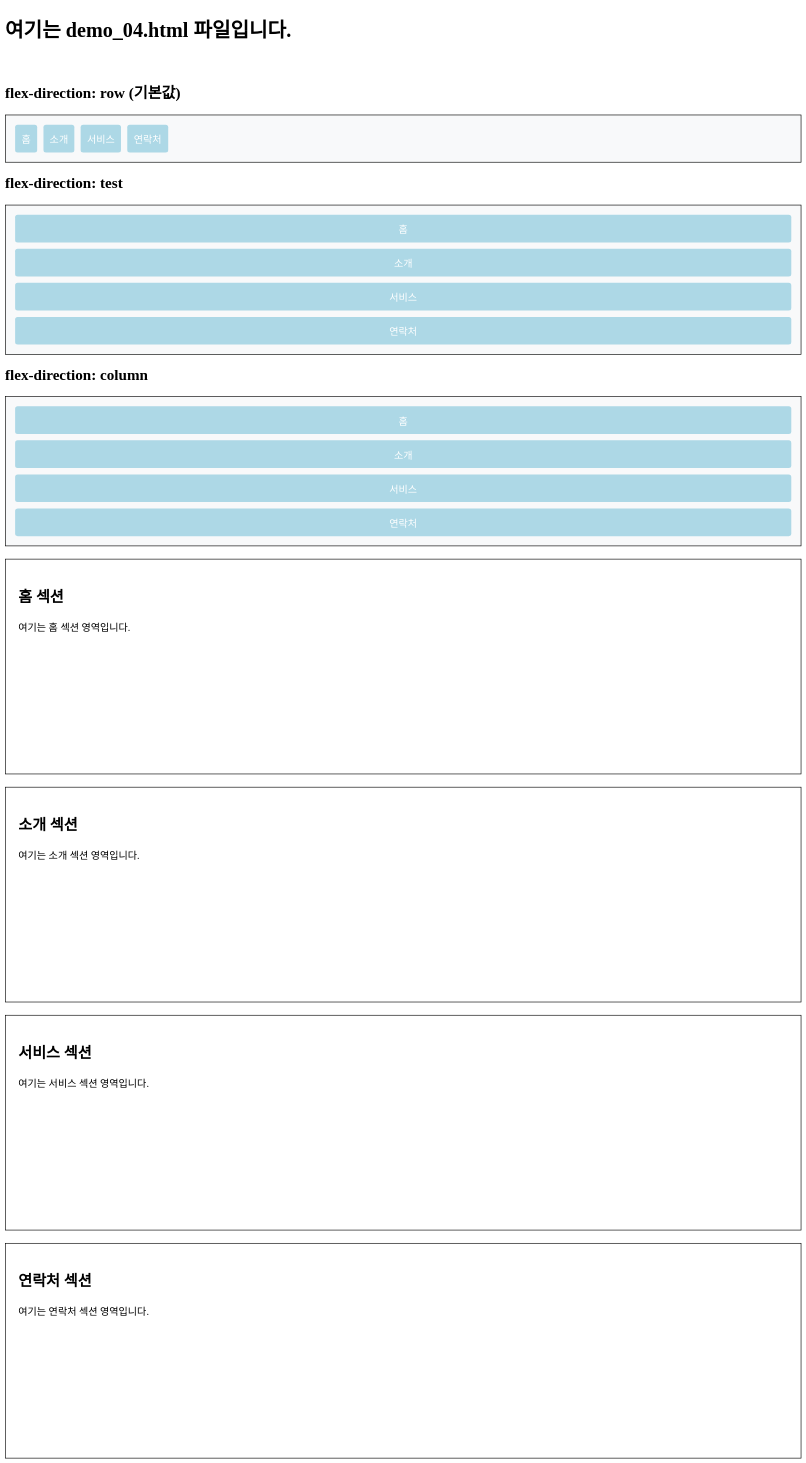
Repository: kimmingyeong225/totalJSP
Page: class_flexbox_011/src/main/webapp/demo_04.html
The author's editor kept a copy of each file at every save. The page is drawn from the files as they stood at one save, then again after the next save.
The browser window is 1280 px wide. The pictures show the whole page, at 63% of full size.

Above is the page before, as saved 2024-07-01 01:38:39.

### class_flexbox_011/src/main/webapp/demo_04.html
<!DOCTYPE html>
<html>
<head>
<meta charset="UTF-8">
<title>인라인 블록 요소 예시</title>
<style type="text/css">
    .navbar1{
        display:flex;
        border: 1px solid black;
        background-color: #f8f9fa;
        padding: 10px;
    }
    .nav-item1{
        margin:5px;
        padding:10px;
        background-color:lightblue;
        color: white;
        text-align: center;
        border-radius:4px;
        text-decoration: none;
    }
    .navbar2{
        display:flex;
        border: 1px solid black;
        background-color: #f8f9fa;
        padding: 10px;
        flex-direction: column;
    }
    .nav-item2{
        margin:5px;
        padding:10px;
        background-color:lightblue;
        color: white;
        text-align: center;
        border-radius:4px;
        text-decoration: none;
    }
    .content1{
        margin: 10px;
        display:flex;
        border: 1px solid gray;
        padding: 10px;
    }

    .section {
    	height: 300px;
    	padding: 20px;
    	margin-top: 20px;
    	border: 1px solid #000;

    }

</style>
</head>
<body>
    <!-- http://localhost:8080/demo1/demo_04.html -->
    <h1>여기는 demo_04.html 파일입니다.</h1>
    <br>

    <h2>flex-direction: row (기본값)</h2>
        <div class="navbar1">
            <a href="#home" class="nav-item1">홈</a>
            <a href="#about" class="nav-item1">소개</a>
            <a href="#services" class="nav-item1">서비스</a>
            <a href="#contact" class="nav-item1">연락처</a>
        </div>

             <h2>flex-direction: test</h2>
        <div class="navbar1" style="flex-direction: column;">
            <a href="#home" class="nav-item1">홈</a>
            <a href="#about" class="nav-item1">소개</a>
            <a href="#services" class="nav-item1">서비스</a>
            <a href="#contact" class="nav-item1">연락처</a>
        </div>

    <h2>flex-direction: column</h2>
        <div class="navbar2">
            <a href="#home" class="nav-item2">홈</a>
            <a href="#about" class="nav-item2">소개</a>
            <a href="#services" class="nav-item2">서비스</a>
            <a href="#contact" class="nav-item2">연락처</a>
        </div>



    <div class="section" id="home">
    	<h2>홈 섹션</h2>
    	<p>여기는 홈 섹션 영역입니다. </p>
    </div>

     <div class="section" id="about">
    	<h2>소개 섹션</h2>
    	<p>여기는 소개 섹션 영역입니다. </p>
    </div>

    <div class="section" id="services">
    	<h2>서비스 섹션</h2>
    	<p>여기는 서비스 섹션 영역입니다. </p>
    </div>

  <div class="section" id="contact">
    	<h2>연락처 섹션</h2>
    	<p>여기는 연락처 섹션 영역입니다. </p>
    </div>

</body>
</html>

After the next save:
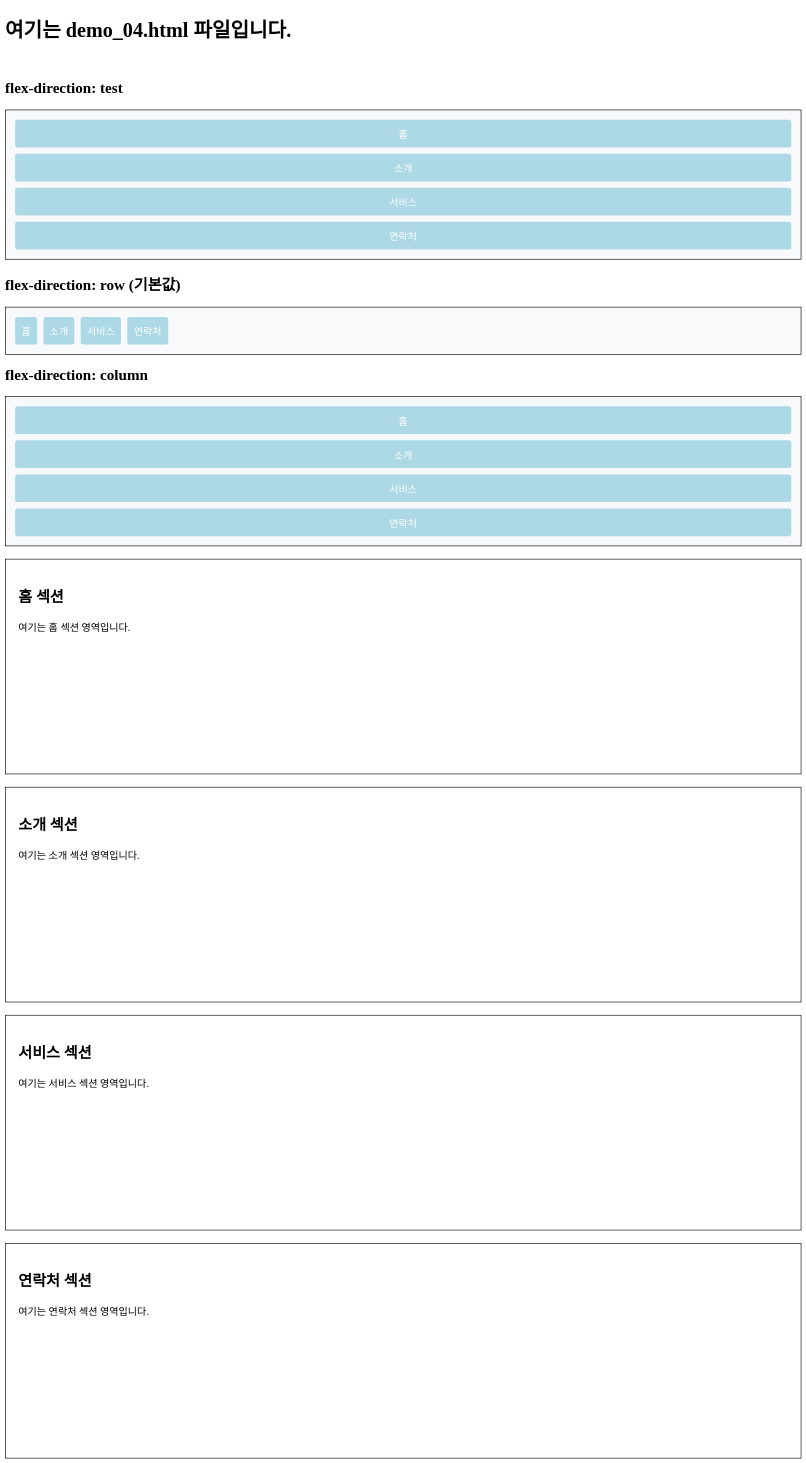
Saved 13 s later.
--- a/class_flexbox_011/src/main/webapp/demo_04.html
+++ b/class_flexbox_011/src/main/webapp/demo_04.html
@@ -57,6 +57,15 @@
     <h1>여기는 demo_04.html 파일입니다.</h1>
     <br>
 
+
+            <h2>flex-direction: test</h2>
+        <div class="navbar1" style="flex-direction: column;">
+            <a href="#home" class="nav-item1">홈</a>
+            <a href="#about" class="nav-item1">소개</a>
+            <a href="#services" class="nav-item1">서비스</a>
+            <a href="#contact" class="nav-item1">연락처</a>
+        </div>
+
     <h2>flex-direction: row (기본값)</h2>
         <div class="navbar1">
             <a href="#home" class="nav-item1">홈</a>
@@ -65,13 +74,7 @@
             <a href="#contact" class="nav-item1">연락처</a>
         </div>
 
-             <h2>flex-direction: test</h2>
-        <div class="navbar1" style="flex-direction: column;">
-            <a href="#home" class="nav-item1">홈</a>
-            <a href="#about" class="nav-item1">소개</a>
-            <a href="#services" class="nav-item1">서비스</a>
-            <a href="#contact" class="nav-item1">연락처</a>
-        </div>
+
 
     <h2>flex-direction: column</h2>
         <div class="navbar2">

After the save that followed:
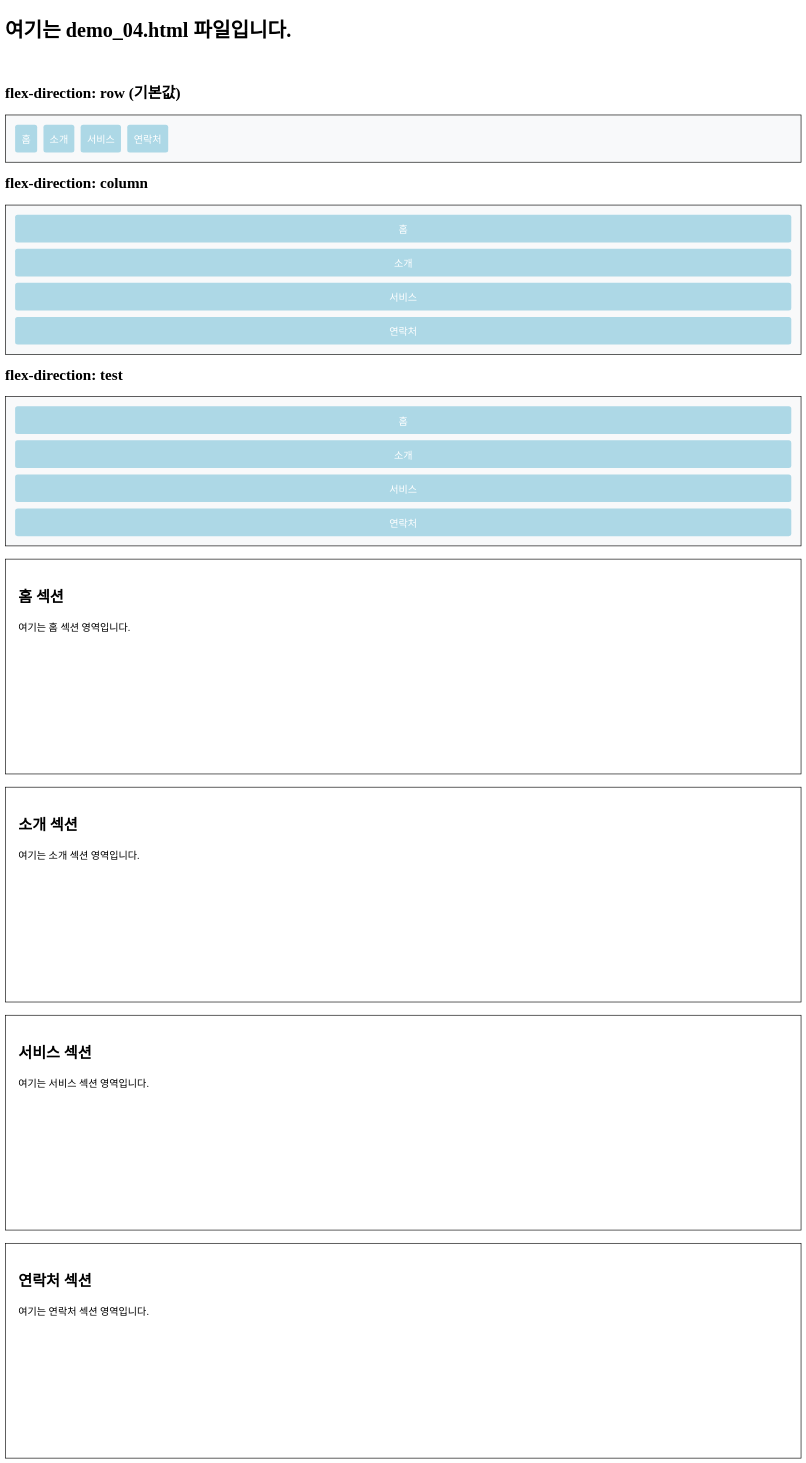
Saved 32 s later.
--- a/class_flexbox_011/src/main/webapp/demo_04.html
+++ b/class_flexbox_011/src/main/webapp/demo_04.html
@@ -58,13 +58,6 @@
     <br>
 
 
-            <h2>flex-direction: test</h2>
-        <div class="navbar1" style="flex-direction: column;">
-            <a href="#home" class="nav-item1">홈</a>
-            <a href="#about" class="nav-item1">소개</a>
-            <a href="#services" class="nav-item1">서비스</a>
-            <a href="#contact" class="nav-item1">연락처</a>
-        </div>
 
     <h2>flex-direction: row (기본값)</h2>
         <div class="navbar1">
@@ -82,6 +75,15 @@
             <a href="#about" class="nav-item2">소개</a>
             <a href="#services" class="nav-item2">서비스</a>
             <a href="#contact" class="nav-item2">연락처</a>
+        </div>
+
+
+            <h2>flex-direction: test</h2>
+        <div class="navbar1" style="flex-direction: column;">
+            <a href="#home" class="nav-item1">홈</a>
+            <a href="#about" class="nav-item1">소개</a>
+            <a href="#services" class="nav-item1">서비스</a>
+            <a href="#contact" class="nav-item1">연락처</a>
         </div>
 
 
